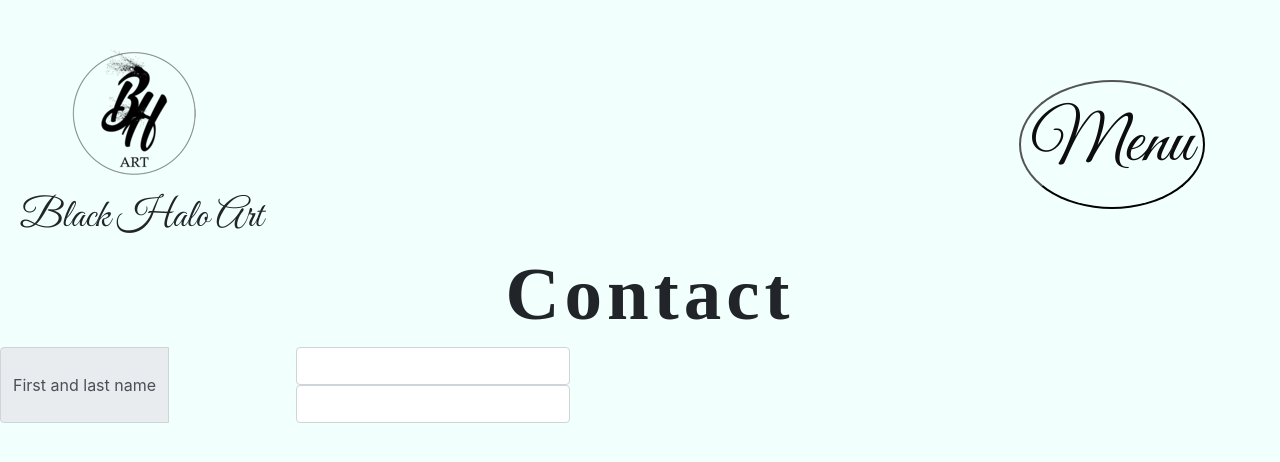
Repository: Cosy-Chaos/project-time
Page: contact.html
The author's editor kept a record of every edit. The page is drawn from the files as they stood at one moment, then again after the next edit.
The browser window is 1280 px wide. The pictures show the whole page.
Some web fonts or font styles are not loaded; a fallback is used.

Above is the page before.

### contact.html
<!DOCTYPE html>
<html lang="en">

<head>
    <meta charset="UTF-8">
    <meta name="viewport" content="width=device-width, initial-scale=1.0">
    <meta http-equiv="X-UA-Compatible" content="ie=edge">
    <link href="https://fonts.googleapis.com/css?family=Cinzel|Fredericka+the+Great|Great+Vibes&display=swap" rel="stylesheet">
    <link rel="stylesheet" href="https://stackpath.bootstrapcdn.com/bootstrap/4.3.1/css/bootstrap.min.css" integrity="sha384-ggOyR0iXCbMQv3Xipma34MD+dH/1fQ784/j6cY/iJTQUOhcWr7x9JvoRxT2MZw1T" crossorigin="anonymous">
    <link rel="stylesheet" href="assets/style_contact.css" type="text/css" />
    <link rel="stylesheet" href="https://stackpath.bootstrapcdn.com/font-awesome/4.7.0/css/font-awesome.min.css" type="text/css" />

    <title>Darja Klusina Art</title>
</head>

<body>

    <div class="main-logo">
        <a href="index.html" alt="Main Page"><img src="assets/logo/logo-small.png" alt="Main_Logo"></a></img>
        <div class="name">
            <h1>Black Halo Art</h1>
            <h2>Contact</h2>
        </div>
        <div class="dropdown">
            <button class="dropbtn">Menu</button>
            <div class="dropdown-content">
                <a href="index.html">Home</a>
                <a href="gallery.html">Gallery</a>
                <a href="about.html">About</a>
                <a href="contact.html">Contact</a>
            </div>
        </div>
    </div>

   <div class="input-group">
  <div class="input-group-prepend">
    <span class="input-group-text">First and last name</span>
  </div>

  <div class="content-wrapper">
      <div class="contact-page site-content">
          <div class="conteiner-small text-center">
          <div class="contact-main">

          </div>
      </div>
  </div>

  <input type="text" aria-label="First name" class="form-control">
  <input type="text" aria-label="Last name" class="form-control">
</div>

</body>

</html>

### assets/style_contact.css
body {
    background-color: #f1fffd;
}



.main-logo {
    padding-top: 50px;
    padding-left: 20px;
    margin: 0;
    text-align: left;

}

.main-logo img {
    padding-left: 50px;
}

.main-logo h1 {
    font-family: 'Great Vibes', cursive;
    padding-top: 15px;
    text-align: left;
}

.main-logo h2 {
    text-align: center;
    font-family: 'Fredericka the Great', cursive;
    font-size: 75px;
    font-weight: 600;
    letter-spacing: 5px;
}

.dropbtn {
    background-color: transparent;
    font-family: 'Great Vibes', cursive;
    color: #0d0d0d;
    font-size: 70px;
    padding: 10px;
    border-radius: 100%;
}

.dropdown {
    position: absolute;
    top: 80px;
    right: 75px;
    display: inline-block;
}


.dropdown-content {
    display: none;
    position: absolute;
    background-color: transparent;
    min-width: 185px;
    box-shadow: 0px 2px 8px 0px #191970;
    z-index: 1;
}


.dropdown-content a {
    color: #0d0d0d;
    font-family: 'Great Vibes', cursive;
    text-align: center;
    font-size: 40px;
    padding: 12px 16px;
    text-decoration: none;
    display: block;
}


.dropdown-content a:hover {
    background-color: #ddd;
}


.dropdown:hover .dropdown-content {
    display: block;
}


.dropdown:hover .dropbtn {
    background-color: transparent;
}

.content-wrapper {
    padding-left: 10%;
    padding-right: 10%;
}
.site-wrapper {
    -webkit-box-flex: 1;
    -ms-flex: 1;
    flex: 1;
    height: initial;
}
.site-wrapper {
    -webkit-box-flex: 1;
    -ms-flex: 1 1 auto;
    flex: 1 1 auto;
    height: 100%;
}

After the next edit:
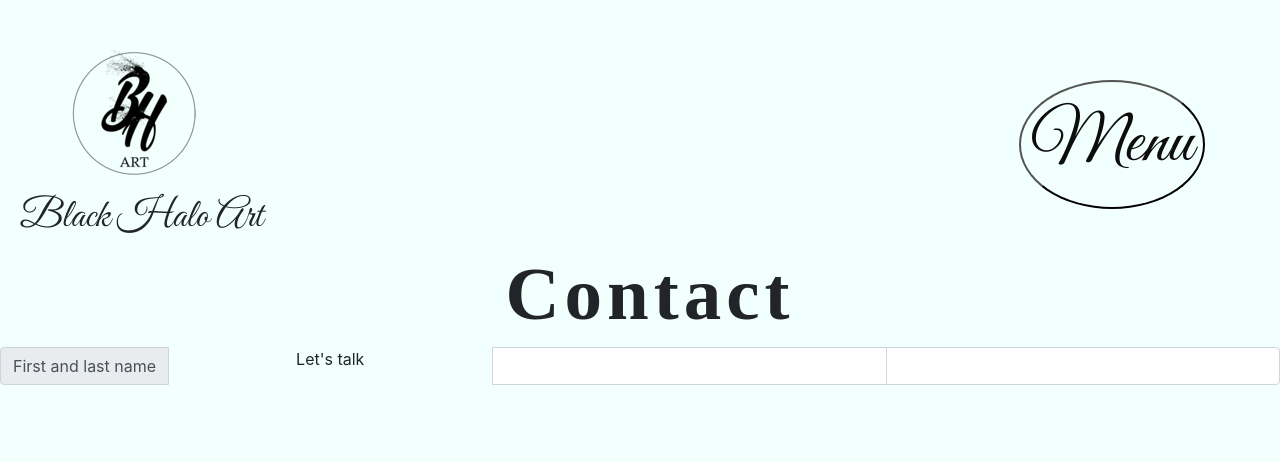
The edit:
--- a/contact.html
+++ b/contact.html
@@ -41,7 +41,8 @@
       <div class="contact-page site-content">
           <div class="conteiner-small text-center">
           <div class="contact-main">
-
+              <div class="contact-title title-font">Let's talk</div>
+              </div>
           </div>
       </div>
   </div>
